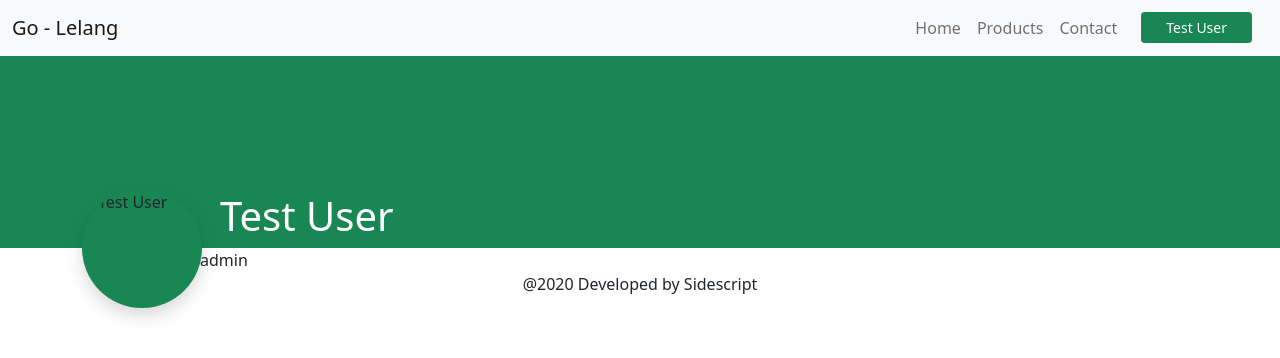
Repository: khulqu15/Go---Lelalng
Page: http://localhost/profile
These files come from the project's save history. The page is drawn as it stood at one moment and after the next save; the edit follows.
The browser window is 1280 px wide. The pictures show the whole page.
The page is served by the project's Laravel application, run on PHP 8.4 with Laravel 8. A made-up administrator, Test User (test@example.com), is signed in.

Above is the page before, as saved 2021-02-22 20:54:22.

After the next save:
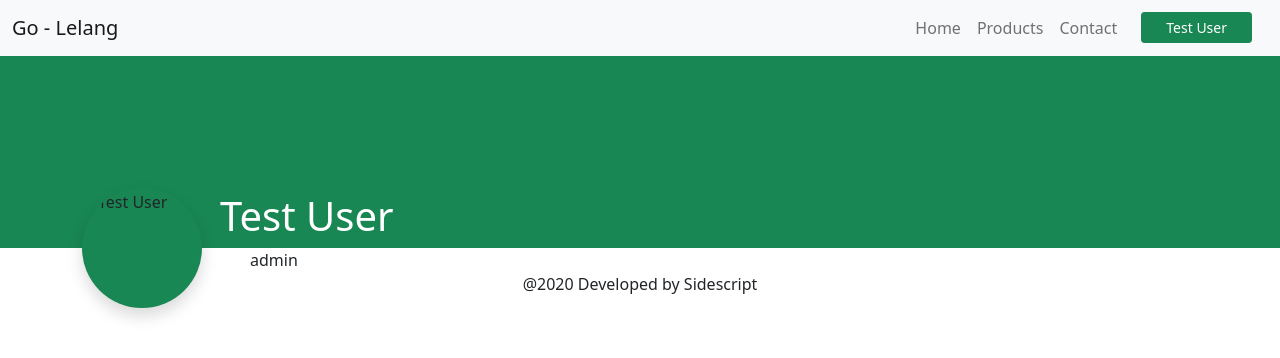
Saved 11 s later.
--- a/resources/views/page/profile.blade.php
+++ b/resources/views/page/profile.blade.php
@@ -18,7 +18,7 @@
 <div class="container">
     <div class="row">
         <div class="col-md-12">
-            <p class="position-absolute" style="left: 200px">{{ Auth::user()->level }}</p>
+            <p class="position-absolute" style="left: 250px">{{ Auth::user()->level }}</p>
         </div>
     </div>
 </div>
